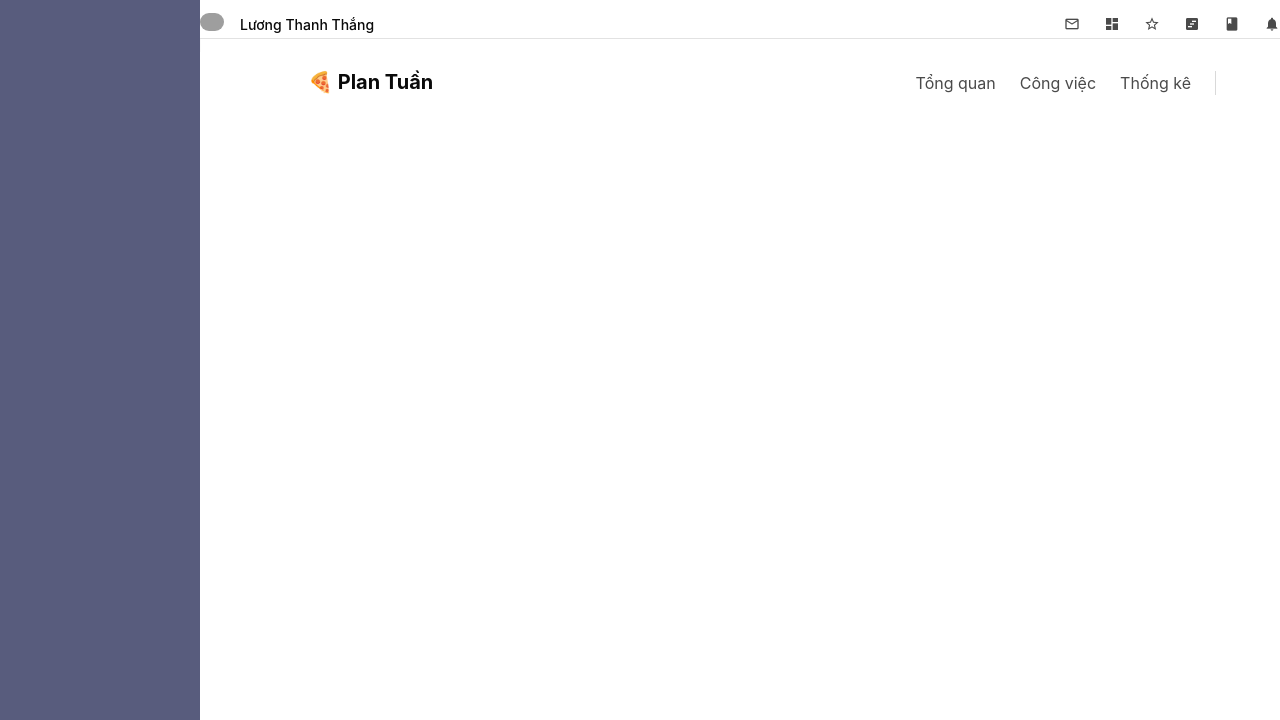
Repository: luongthanhthang/revision-front-end
Page: ke-hoach.html
These files come from the project's save history. The page is drawn as it stood at one moment and after the next save; the edit follows.
The browser window is 1280 px wide. The pictures show the whole page.
Pictures or frames that could not be fetched are drawn as grey boxes. Some web libraries are served in a nearby version.

Above is the page before, as saved 2023-02-11 11:05:49.

### ke-hoach.html
<!DOCTYPE html>
<html>
  <head>
    <meta charset="utf-8" />
    <meta http-equiv="X-UA-Compatible" content="IE=edge" />
    <title>Ke hoạch</title>
    <meta name="viewport" content="width=device-width, initial-scale=1" />
    <link rel="preconnect" href="https://fonts.googleapis.com"/>
    <link rel="preconnect" href="https://fonts.gstatic.com" crossorigin />
    <link href="https://fonts.googleapis.com/css2?family=Inter:wght@100;200;300;400;500;600;700;800;900&display=swap"
      rel="stylesheet"/>
    <link href="https://fonts.googleapis.com/css2?family=Bebas+Neue&display=swap"
      rel="stylesheet"/>
    <link rel="stylesheet" href="assets/css/ke_hoach.css"/>
    <link href="https://fonts.googleapis.com/icon?family=Material+Icons" rel="stylesheet"/>
    <link rel="stylesheet" href="assets/css/bulma/css/bulma.min.css">
    <script src="https://kit.fontawesome.com/e1f8756e73.js" crossorigin="anonymous"></script>
  </head>
  <body>
    <div id = "main" class="columns is-gapless">
      <aside class="column is-narrow">
        <section id="sidebar"></section>
      </aside>
      <section id="content" class="column">
        <header id="header" class="main-header">
          <ul class="columns is-vcentered">
            <li class="column">
              <div class="icon-text">
                <span class="icon image is-24x24">
                  <img class="is-rounded" src="https://avatars.dicebear.com/api/adventurer-neutral/231441AAFA.svg">
                </span>
                <span class="has-text-black has-text-weight-medium font-14 ml-3">Lương Thanh Thắng</span>
              </div>
            </li>
            <li class="column is-narrow px-2">
              <div>
                <span class="icon">
                  <span class="material-icons is-size-6">mail_outline</span>
                </span>
              </div>
            </li>
            <li class="column is-narrow px-2">
              <div>
                <span class="icon">
                  <span class="material-icons material-icons-outlined is-size-6">dashboard</span>
                </span>
              </div>
            </li>
            <li class="column is-narrow px-2">
              <div>
                <span class="icon">
                  <span class="material-icons material-icons-outlined is-size-6">star_outline</span>
                </span>
              </div>
            </li>
            <li class="column is-narrow px-2">
              <div>
                <span class="icon">
                  <span class="material-icons material-icons-outlined is-size-6">view_timeline</span>
                </span>
              </div>
            </li>
            <li class="column is-narrow px-2">
              <div>
                <span class="icon">
                  <span class="material-icons material-icons-outlined is-size-6">book</span>
                </span>
              </div>
            </li>
            <li class="column is-narrow px-2">
              <div>
                <span class="icon">
                  <span class="material-icons material-icons-outlined is-size-6">notifications</span>
                </span>
              </div>
            </li>
          </ul>
        </header>

        <section class="main-content columns">
          <div class="nav column is-narrow">
            <div class="py-3 team card">

            </div>
          </div>
          <div class="content column">
            <div class="content-right px-4 pb-0">
              <div class="title-content px-5 py-3">
                <ul class="columns">
                  <li class="column">
                    <div class="has-text-weight-bold has-text-black is-size-5">🍕 Plan Tuần</div>
                  </li>
                  <li class="column is-narrow">Tổng quan</li>
                  <li class="column is-narrow">Công việc</li>
                  <li class="column is-narrow">Thống kê</li>
                  <li class="column is-narrow">
                    <div style="width: 1px; height: 24px; background: #D9D9D9;"></div>
                  </li>
                  <li class="column is-narrow">
                    <div class="dropdown is-hoverable">
                      <div class="dropdown-trigger"></div>
                  </div>
                  </li>
                </ul>
              </div>
            </div>
          </div>
        </section>
      </section>
    </div>
    <script src="assets/js/ke-hoach.js"></script>
  </body>
</html>

### assets/css/ke_hoach.css
* {
  padding: 0;
  margin: 0;
  box-sizing: border-box;
}

body {
  font-family: "Inter", Arial, sans-serif;
  font-weight: 400;
  line-height: 1.5rem;
}

li {
  list-style-type: none;
}

a {
  text-decoration: underline;
}

table {
  border-spacing: 0px;
  width: 100%;
}

.font-14 {
  font-size: 14px !important;
}

#main {
  margin: 0;
  height: 100vh;
  overflow-y: auto;
  overflow-x: hidden;
}
#main #sidebar {
  width: 200px;
  height: 100vh;
  background-color: #585c7d;
}
#main #content {
  width: calc(100% - 200px);
  height: 100vh;
  overflow-y: auto;
  overflow-x: hidden;
}
#main #content .main-header {
  background-color: #fff;
  border-bottom: 1px solid #e2e2e2;
  position: sticky;
  top: 0;
  z-index: 1;
}

/*# sourceMappingURL=ke_hoach.css.map */

Loaded but not shown: assets/css/bulma/css/bulma.min.css (library); assets/js/ke-hoach.js (no copy from this time; the picture is the same without it)

After the next save:
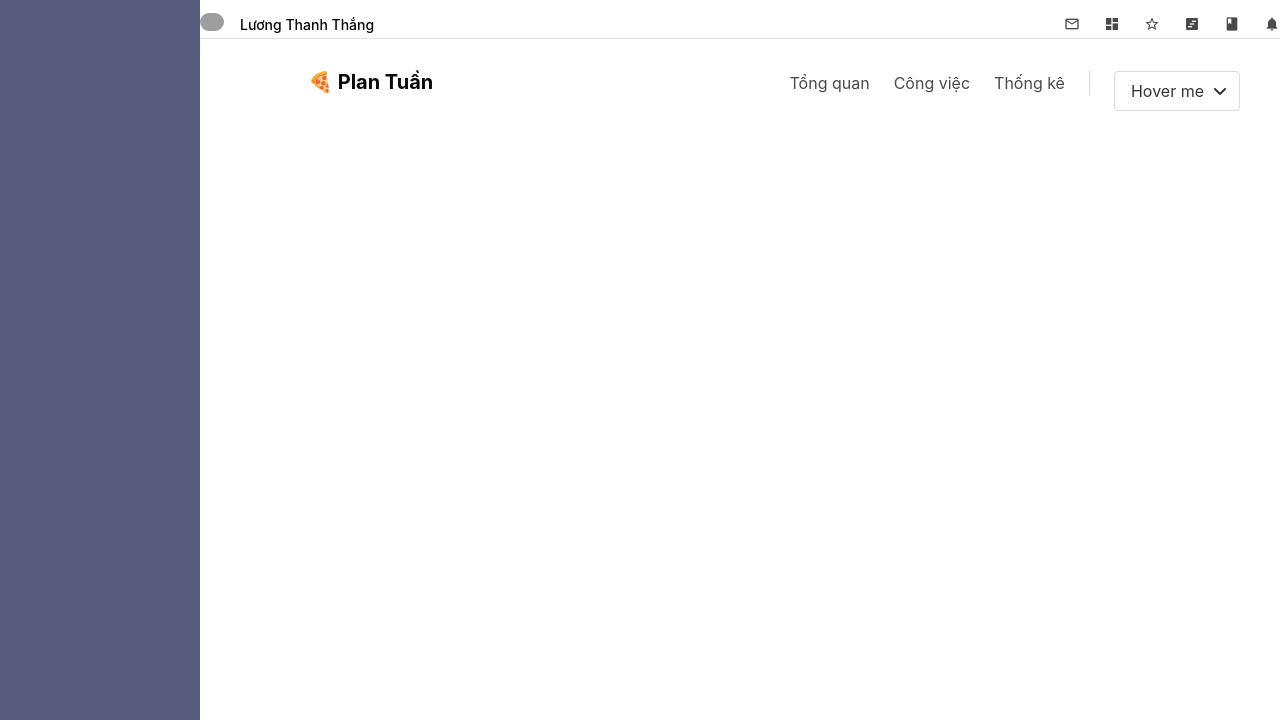
Saved 5 s later.
--- a/ke-hoach.html
+++ b/ke-hoach.html
@@ -98,7 +98,21 @@
                   </li>
                   <li class="column is-narrow">
                     <div class="dropdown is-hoverable">
-                      <div class="dropdown-trigger"></div>
+                      <div class="dropdown-trigger">
+                        <button class="button" aria-haspopup="true" aria-controls="dropdown-menu4">
+                            <span>Hover me</span>
+                            <span class="icon is-small">
+                                <i class="fas fa-angle-down" aria-hidden="true"></i>
+                            </span>
+                        </button>
+                    </div>
+                    <div class="dropdown-menu" id="dropdown-menu4" role="menu">
+                        <div class="dropdown-content">
+                            <div class="dropdown-item">
+                                <p>Lorem, ipsum dolor sit amet consectetur adipisicing.</p>
+                            </div>
+                        </div>
+                    </div>
                   </div>
                   </li>
                 </ul>

After the save that followed:
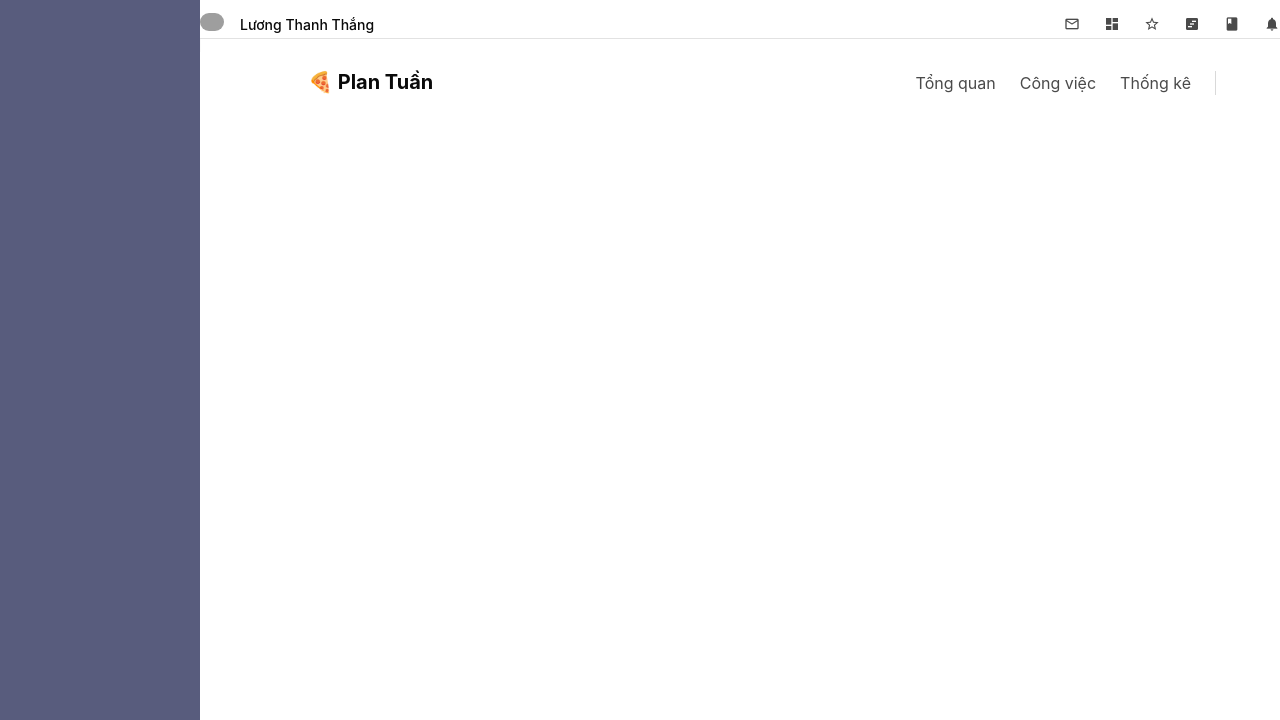
Saved 11 s later.
--- a/ke-hoach.html
+++ b/ke-hoach.html
@@ -99,12 +99,6 @@
                   <li class="column is-narrow">
                     <div class="dropdown is-hoverable">
                       <div class="dropdown-trigger">
-                        <button class="button" aria-haspopup="true" aria-controls="dropdown-menu4">
-                            <span>Hover me</span>
-                            <span class="icon is-small">
-                                <i class="fas fa-angle-down" aria-hidden="true"></i>
-                            </span>
-                        </button>
                     </div>
                     <div class="dropdown-menu" id="dropdown-menu4" role="menu">
                         <div class="dropdown-content">
